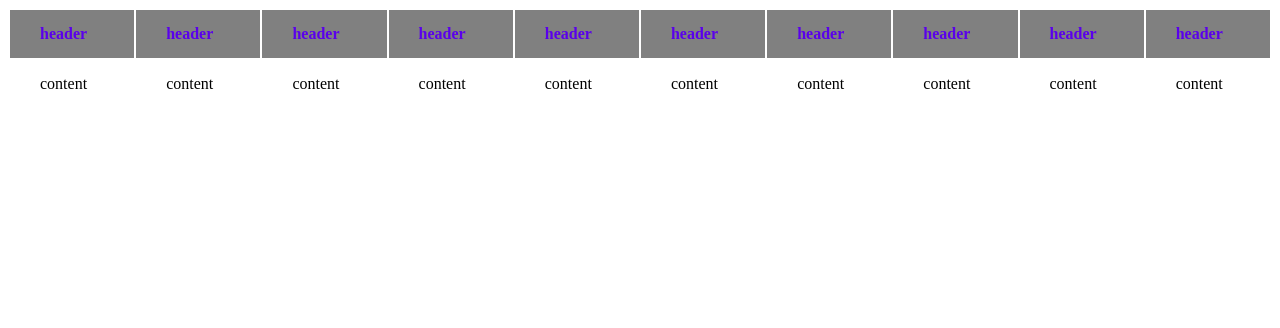
Repository: 16-Doffy/howtouse-htmlcss
Page: Sticky Table/index.html
These files come from the project's save history. The page is drawn as it stood at one moment and after the next save; the edit follows.
The browser window is 1280 px wide. The pictures show the whole page.

Above is the page before, as saved 2024-12-17 17:47:57.

After the next save:
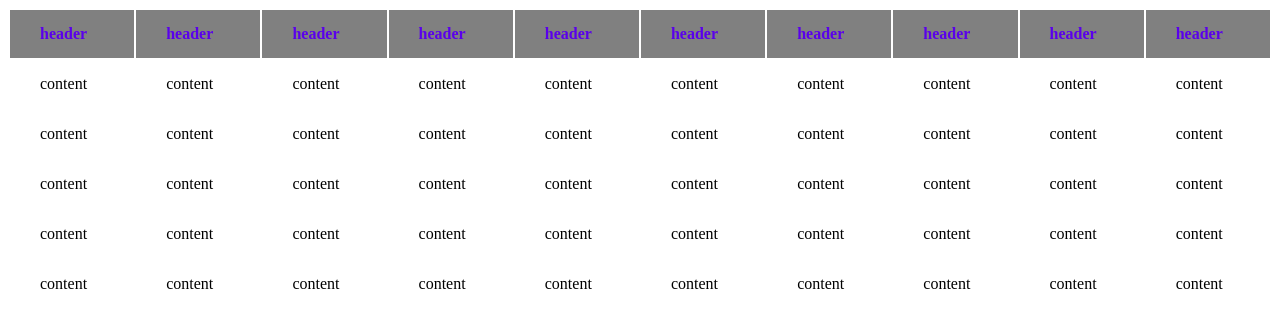
Saved 16 s later.
--- a/Sticky Table/index.html
+++ b/Sticky Table/index.html
@@ -37,6 +37,54 @@
                 <td>content</td>
                 <td>content</td>
             </tr>
+            <tr>
+                <td>content</td>
+                <td>content</td>
+                <td>content</td>
+                <td>content</td>
+                <td>content</td>
+                <td>content</td>
+                <td>content</td>
+                <td>content</td>
+                <td>content</td>
+                <td>content</td>
+            </tr>
+            <tr>
+                <td>content</td>
+                <td>content</td>
+                <td>content</td>
+                <td>content</td>
+                <td>content</td>
+                <td>content</td>
+                <td>content</td>
+                <td>content</td>
+                <td>content</td>
+                <td>content</td>
+            </tr>
+            <tr>
+                <td>content</td>
+                <td>content</td>
+                <td>content</td>
+                <td>content</td>
+                <td>content</td>
+                <td>content</td>
+                <td>content</td>
+                <td>content</td>
+                <td>content</td>
+                <td>content</td>
+            </tr>
+            <tr>
+                <td>content</td>
+                <td>content</td>
+                <td>content</td>
+                <td>content</td>
+                <td>content</td>
+                <td>content</td>
+                <td>content</td>
+                <td>content</td>
+                <td>content</td>
+                <td>content</td>
+            </tr>
         </tbody>
     </table>
 </div>
